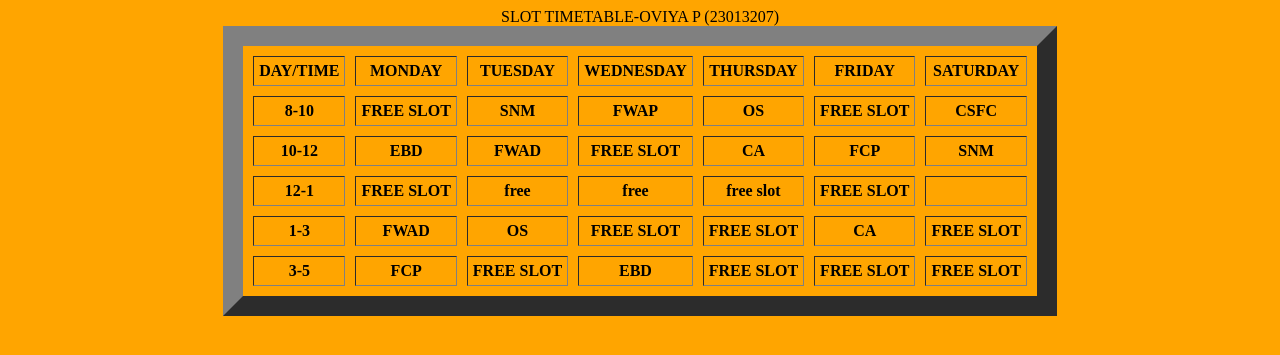
Repository: Oviya24032K6/slot
Page: oviya/static/time.html
An editor plug-in stored every save of this project. The page is shown before and after the next save, followed by the edit.
The browser window is 1280 px wide. The pictures show the whole page.

Above is the page before, as saved 2024-03-13 15:08:42.

After the next save:
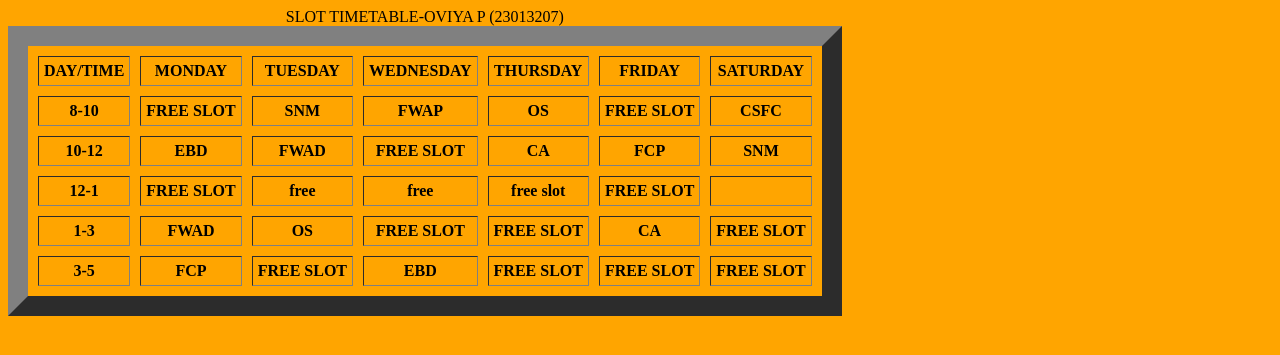
Saved 3 min 11 s later.
--- a/oviya/static/time.html
+++ b/oviya/static/time.html
@@ -3,7 +3,7 @@
         <title>SLOT TIMETABLE-OVIYA P (23013207)</title>
     </head>
     <body bgcolor="orange" align="center" >
-    <table align="center" border="20" cellspacing="10" cellpadding="5">
+    <table align="left" border="20" cellspacing="10" cellpadding="5">
     <caption>SLOT TIMETABLE-OVIYA P (23013207)</caption>
         <tr>
             <th>DAY/TIME</th>
